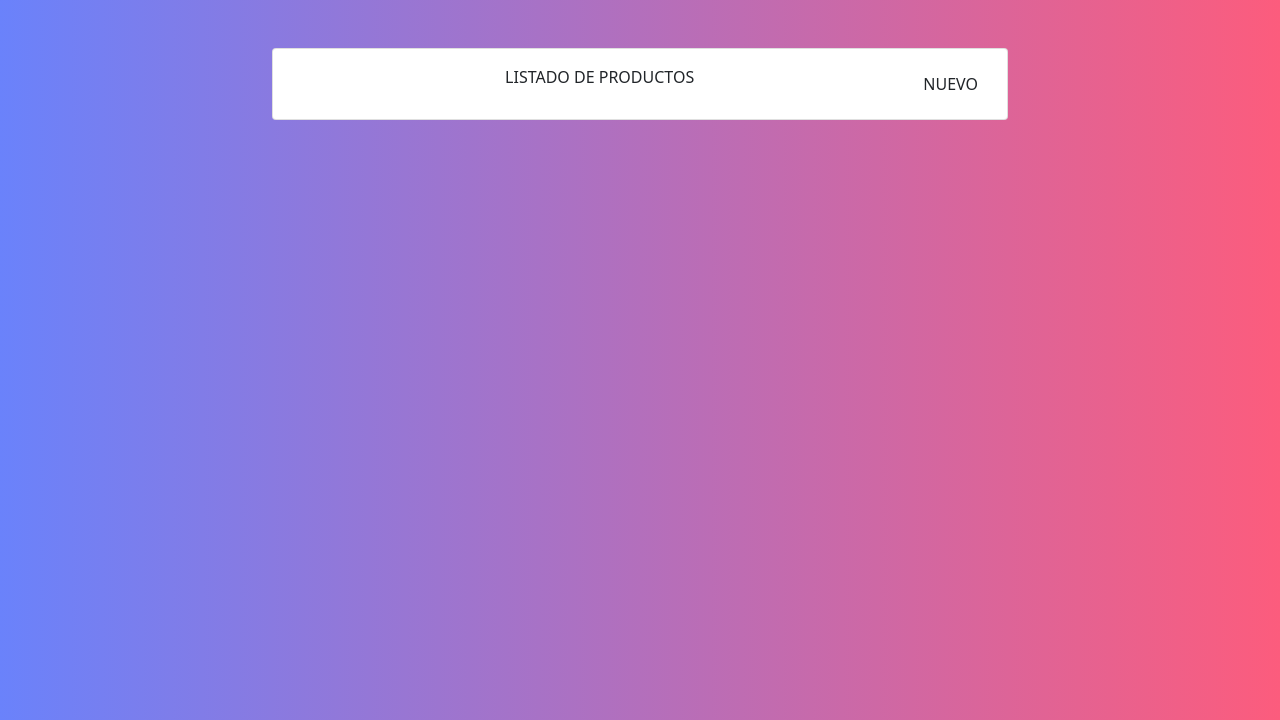
Repository: vivianaleivagalvez/crud_angular
Page: /
An editor plug-in stored every save of this project. The page is shown before and after the next save, followed by the edit.
The browser window is 1280 px wide. The pictures show the whole page.
The project was rebuilt for these pictures with package versions that can differ from the ones it lists, and the page was loaded fresh each time. Also part of the build but not shown: angular.json, src/app/components/crear-producto/crear-producto.component.ts.

Above is the page before, as saved 2022-01-26 23:58:53.

### src/index.html
<!doctype html>
<html lang="en">
<head>
  <meta charset="utf-8">
  <title>Cliente</title>
  <base href="/">

  <meta name="viewport" content="width=device-width, initial-scale=1">
  <link rel="icon" type="image/x-icon" href="favicon.ico">
</head>
<body>
  <app-root></app-root>
</body>
</html>

### src/styles.css
/* You can add global styles to this file, and also import other style files */
body{
  background: #FC5C7D;  /* fallback for old browsers */
  background: -webkit-linear-gradient(to right, #6A82FB, #FC5C7D);  /* Chrome 10-25, Safari 5.1-6 */
  background: linear-gradient(to right, #6A82FB, #FC5C7D); /* W3C, IE 10+/ Edge, Firefox 16+, Chrome 26+, Opera 12+, Safari 7+ */
}

### src/app/app.module.ts
import { BrowserModule } from '@angular/platform-browser';
import { NgModule } from '@angular/core';

import { AppComponent } from './app.component';
import { CrearProductoComponent } from './components/crear-producto/crear-producto.component';
import { ListarProductosComponent } from './components/listar-productos/listar-productos.component';
import { AppRoutingModule } from './app-routing.module';

@NgModule({
  declarations: [
    AppComponent,
    CrearProductoComponent,
    ListarProductosComponent
  ],
  imports: [
    BrowserModule,
    AppRoutingModule
  ],
  providers: [],
  bootstrap: [AppComponent]
})
export class AppModule { }

### src/app/components/listar-productos/listar-productos.component.ts
import { Component, OnInit } from '@angular/core';

@Component({
  selector: 'app-listar-productos',
  templateUrl: './listar-productos.component.html',
  styleUrls: ['./listar-productos.component.css']
})
export class ListarProductosComponent implements OnInit {

  constructor() { }

  ngOnInit() {
  }

}

### src/app/app-routing.module.ts
import { ListarProductosComponent } from './components/listar-productos/listar-productos.component';
import { CrearProductoComponent } from './components/crear-producto/crear-producto.component';
import { NgModule } from '@angular/core';
import { RouterModule, Routes } from '@angular/router';

const routes: Routes = [
  { path: '', component: ListarProductosComponent },
  { path: 'crear-producto', component: CrearProductoComponent },
  { path: 'editar-producto/:id', component: CrearProductoComponent },
  { path: '**', redirectTo: '', pathMatch: 'full' }
];

@NgModule({
  imports: [RouterModule.forRoot(routes)],
  exports: [RouterModule]
})
export class AppRoutingModule { }

### src/app/components/listar-productos/listar-productos.component.html
<div class="container mt-5">
  <div class="row">
    <div class="col-lg-8 offset-lg-2">
      <div class="card">
        <div class="card-body text-center">
          <span>LISTADO DE PRODUCTOS</span>
          <button class="btn float-end">NUEVO</button>
        </div>
      </div>
    </div>
  </div>
</div>

Loaded but not shown: src/main.ts (common file); src/environments/environment.ts (common file); src/app/app.component.ts (common file); src/app/app.component.html (common file); src/app/app.component.css (no stored copy; drawn as an empty file); src/app/components/listar-productos/listar-productos.component.css (no stored copy; drawn as an empty file)

After the next save:
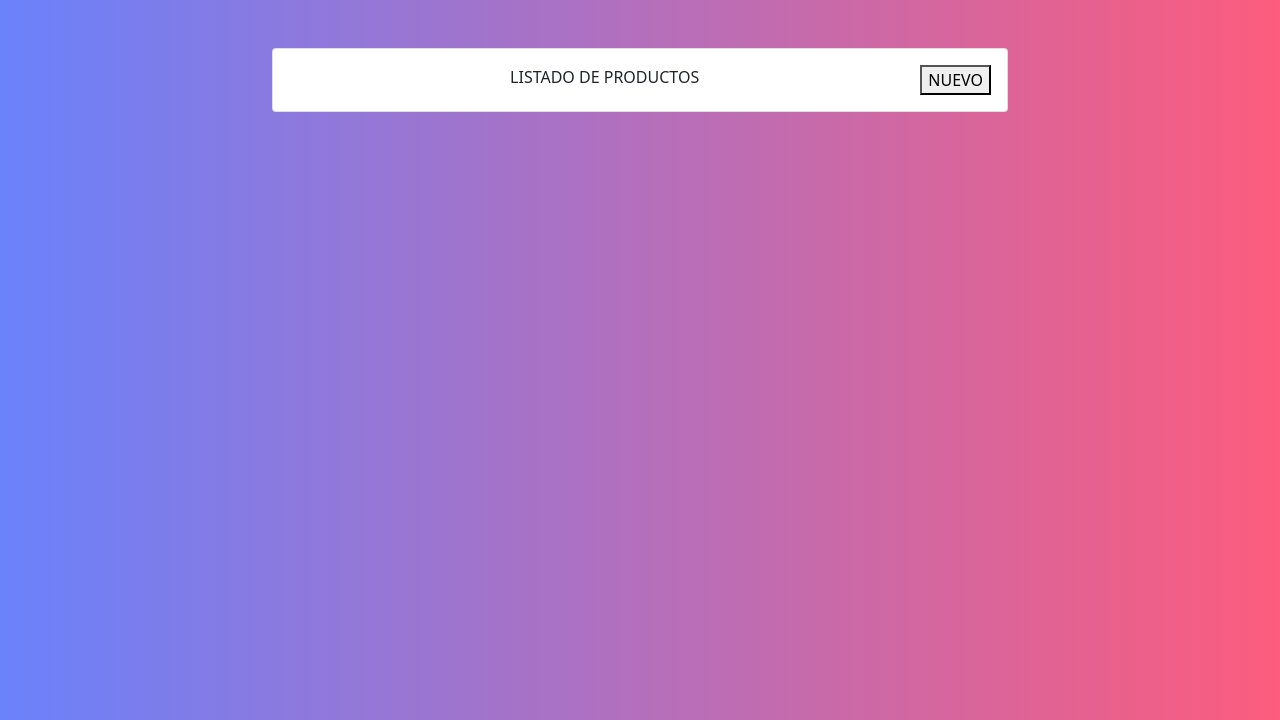
Saved 8 s later.
--- a/src/app/components/listar-productos/listar-productos.component.html
+++ b/src/app/components/listar-productos/listar-productos.component.html
@@ -4,7 +4,7 @@
       <div class="card">
         <div class="card-body text-center">
           <span>LISTADO DE PRODUCTOS</span>
-          <button class="btn float-end">NUEVO</button>
+          <button class="float-end">NUEVO</button>
         </div>
       </div>
     </div>

After the save that followed:
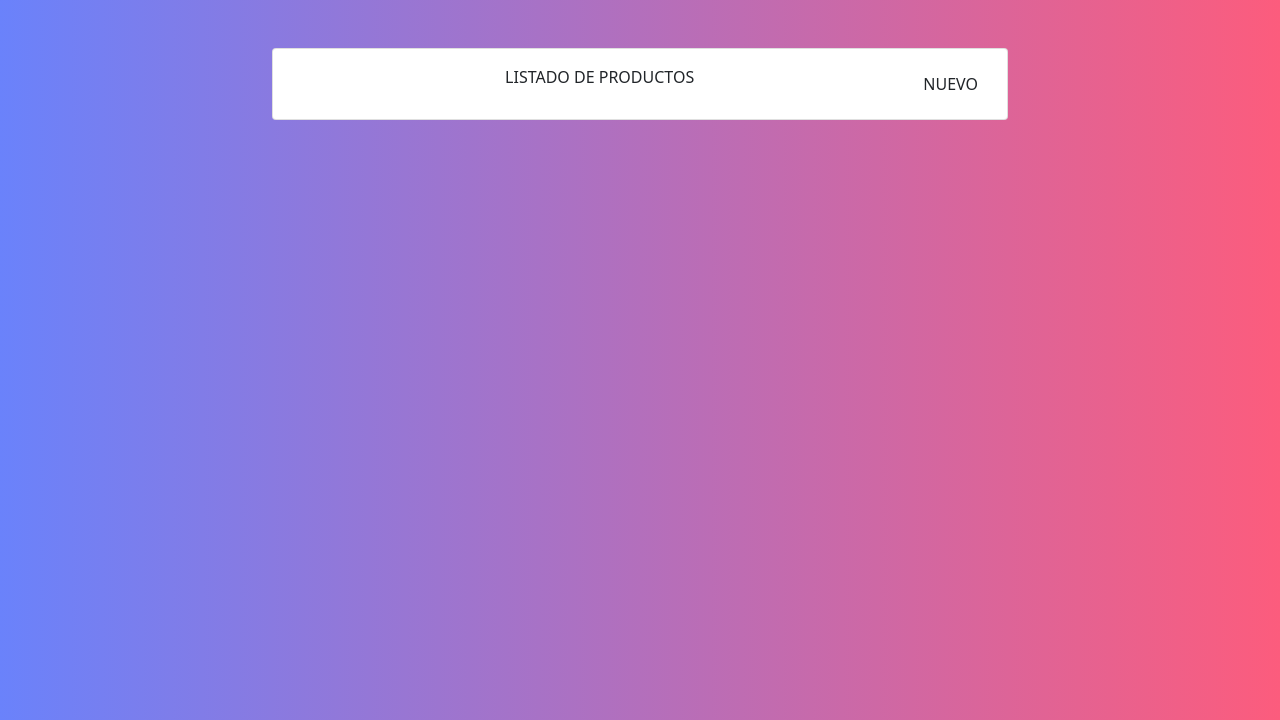
Saved 27 s later.
--- a/src/app/components/listar-productos/listar-productos.component.html
+++ b/src/app/components/listar-productos/listar-productos.component.html
@@ -4,7 +4,7 @@
       <div class="card">
         <div class="card-body text-center">
           <span>LISTADO DE PRODUCTOS</span>
-          <button class="float-end">NUEVO</button>
+          <button class="btn btn-succes float-end">NUEVO</button>
         </div>
       </div>
     </div>
